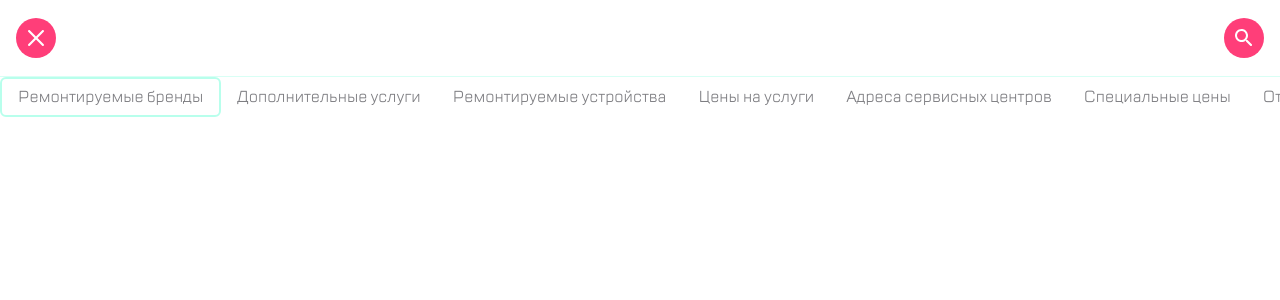
Repository: Dedoxa/Kata-WebCore-
Page: aside.html
The author's editor kept a copy of each file at every save. The page is drawn from the files as they stood at one save, then again after the next save.
The browser window is 1280 px wide. The pictures show the whole page.

Above is the page before, as saved 2024-05-10 17:30:16.

After the next save:
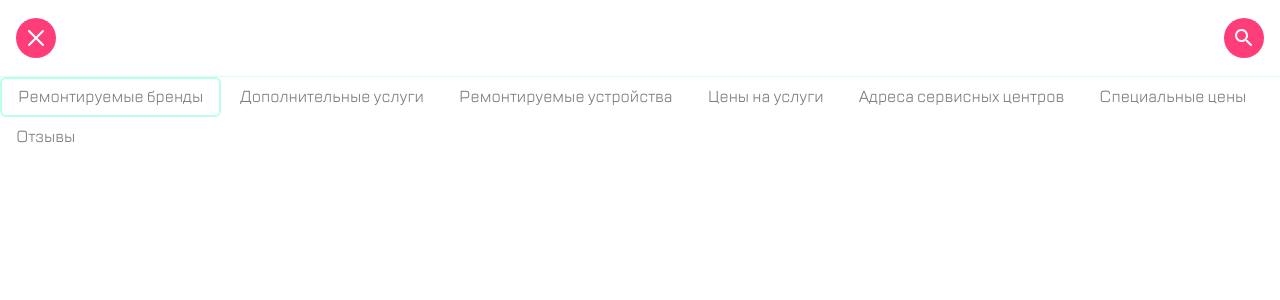
Saved 98 s later.
--- a/aside.css
+++ b/aside.css
@@ -160,8 +160,7 @@
   }
 
   .bookmark-menu {
-    display: flex;
-    overflow: scroll;
+    display: block;
   }
 
   .bookmark-menu__bookmark {
